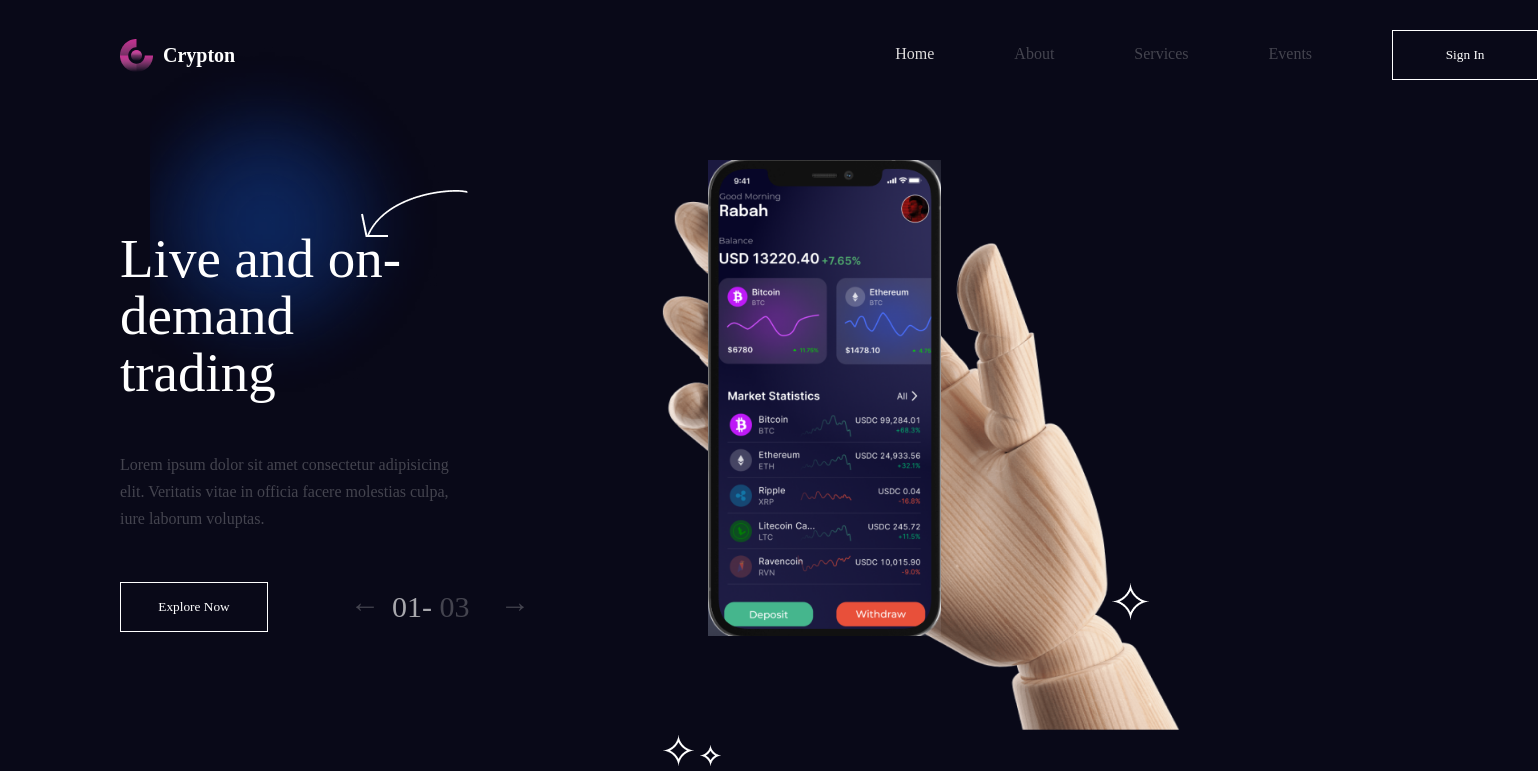
Repository: isaacCodes1/Crypton-Website
Page: index.html
The author's editor kept a copy of each file at every save. The page is drawn from the files as they stood at one save, then again after the next save.
The browser window is 1280 px wide. The page is 1538 px wide, so the pictures cover 1538 px, including what lies to the right of the window. The pictures show the whole page.

Above is the page before, as saved 2024-05-14 21:12:07.

After the next save:
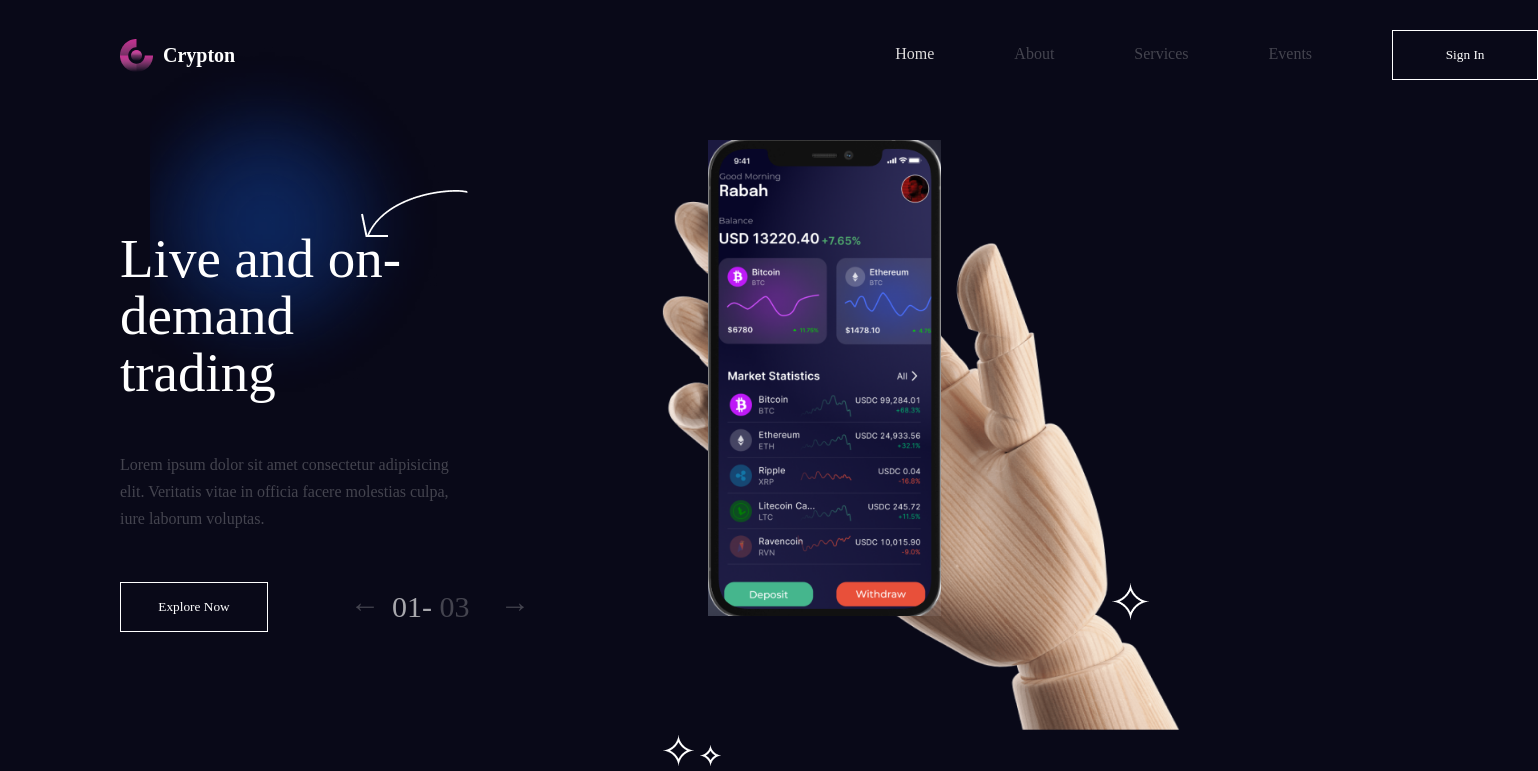
Saved 28 s later.
--- a/style.css
+++ b/style.css
@@ -144,7 +144,7 @@ body{
 .wood{
     position: absolute;
     right: 239px;
-    top: -30px;
+    top: -50px;
     width: 45%;
 }
 .five{
